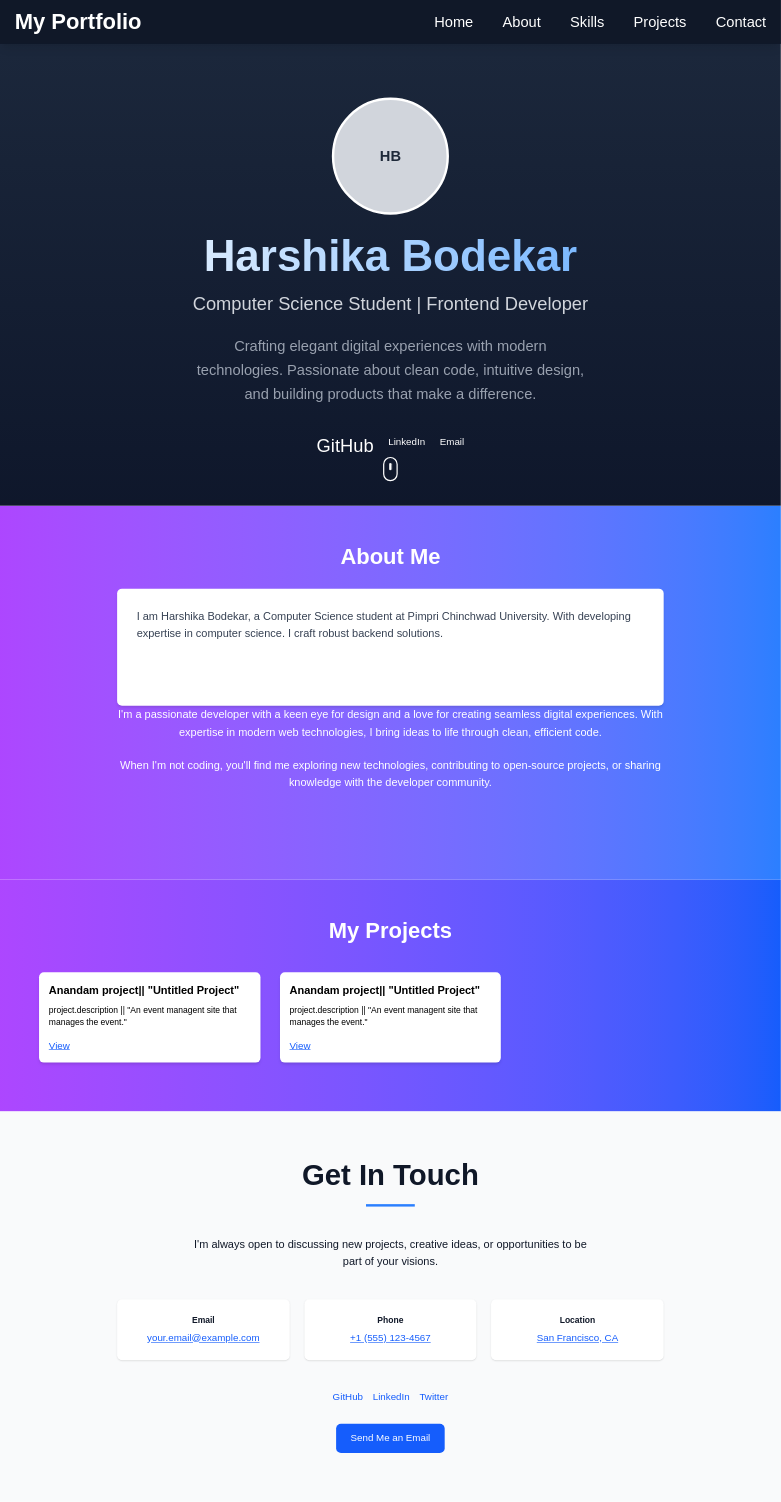
Repository: harshikabodekar/portfolio_awp
Page: /
These files come from the project's save history. The page is drawn as it stood at one moment and after the next save; the edit follows.
The browser window is 1280 px wide. The pictures show the whole page, at 61% of full size.
The project was rebuilt for these pictures with package versions that can differ from the ones it lists, and the page was loaded fresh each time. The framework's server and built-in components were replaced by stand-ins that run in the browser. Also part of the build but not shown: next.config.mjs.

Above is the page before, as saved 2025-10-15 19:56:59.

After the next save:
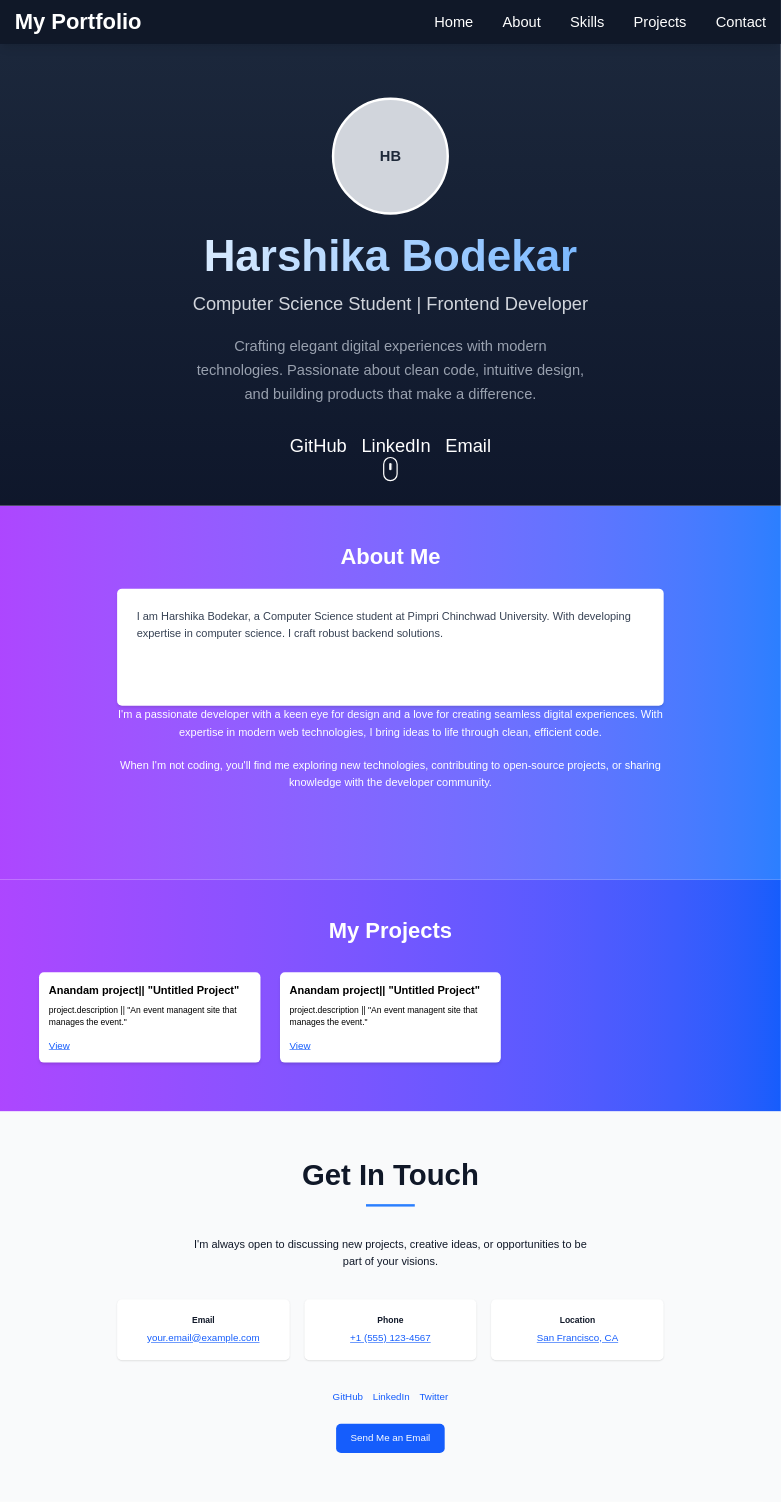
Saved 27 s later.
--- a/src/app/components/Hero.js
+++ b/src/app/components/Hero.js
@@ -32,8 +32,8 @@ const Hero = () => {
 
           <div className="flex flex-wrap gap-4 sm:gap-6 justify-center text-3xl sm:text-base px-4">
             <a href="https://github.com/harshikabodekar" target="_blank" rel="noopener noreferrer" className="text-white hover:text-blue-400 transition-colors text-3xl">GitHub</a>
-            <a href="https://linkedin.com/in/harshikabodekar" target="_blank" rel="noopener noreferrer" className="text-white hover:text-blue-400 transition-colors">LinkedIn</a>
-            <a href="mailto:harshikabodekar02@gmail.com" className="text-white hover:text-blue-400 transition-colors">Email</a>
+            <a href="https://linkedin.com/in/harshikabodekar" target="_blank" rel="noopener noreferrer" className="text-white hover:text-blue-400 transition-colors text-3xl">LinkedIn</a>
+            <a href="mailto:harshikabodekar02@gmail.com" className="text-white hover:text-blue-400 transition-colors text-3xl">Email</a>
           </div>
         </div>
       </div>
